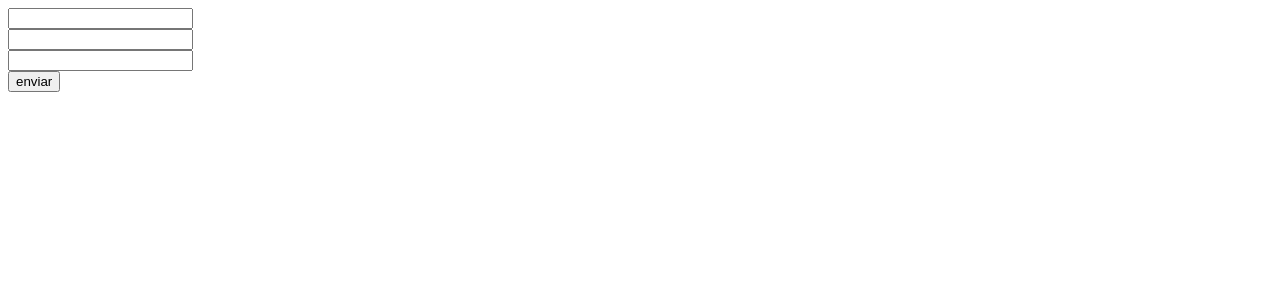
Repository: UAQJavaEveris/ProyectoFinalJuanCarlos
Page: http://localhost/WebCliente/
The author's editor kept a copy of each file at every save. The page is drawn from the files as they stood at one save, then again after the next save.
The browser window is 1280 px wide. The pictures show the whole page.
Some web libraries are served in a nearby version. The page is served by Tomcat 9. Other server files are loaded and not shown.

Above is the page before, as saved 2016-12-10 02:47:49.

### WebCliente/WebContent/index.jsp
<%@ page language="java" contentType="text/html; charset=ISO-8859-1"
    pageEncoding="ISO-8859-1"%>
<!DOCTYPE html PUBLIC "-//W3C//DTD HTML 4.01 Transitional//EN" "http://www.w3.org/TR/html4/loose.dtd">
<html>
<head>
<meta http-equiv="Content-Type" content="text/html; charset=ISO-8859-1">
<title>Insert title here</title>
</head>
<body>
<form action="Controller" method="Post">
<input type="txt" name="nombre"><br>
<input type="txt" name="apellidos"><br>
<input type="txt" name="logros"><br>
<input type="submit" value="enviar"></input>
</form><br>
<%
String nombre_variable = (String)session.getAttribute("exito");
%>
</body>
</html>

After the next save:
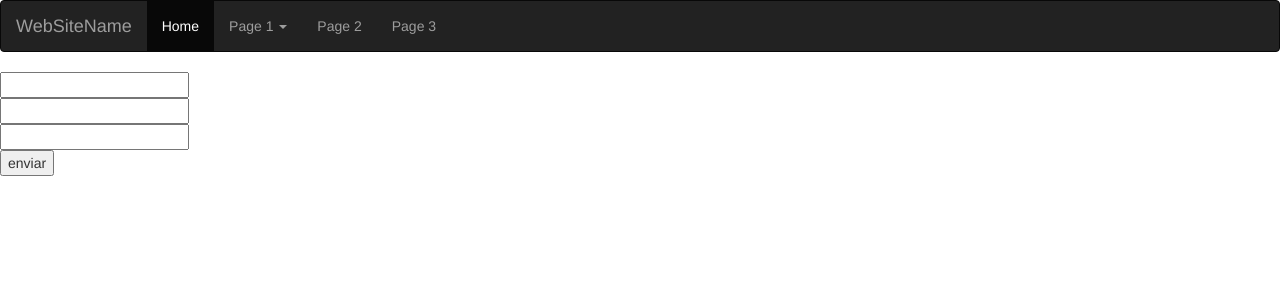
Saved 2 min 53 s later.
--- a/WebCliente/WebContent/index.jsp
+++ b/WebCliente/WebContent/index.jsp
@@ -4,9 +4,35 @@
 <html>
 <head>
 <meta http-equiv="Content-Type" content="text/html; charset=ISO-8859-1">
-<title>Insert title here</title>
+<title>Pagina Principal</title>
+<meta charset="utf-8">
+  <meta name="viewport" content="width=device-width, initial-scale=1">
+  <link rel="stylesheet" href="https://maxcdn.bootstrapcdn.com/bootstrap/3.3.7/css/bootstrap.min.css">
+  <script src="https://ajax.googleapis.com/ajax/libs/jquery/3.1.1/jquery.min.js"></script>
+  <script src="https://maxcdn.bootstrapcdn.com/bootstrap/3.3.7/js/bootstrap.min.js"></script>
 </head>
 <body>
+<nav class="navbar navbar-inverse">
+  <div class="container-fluid">
+    <div class="navbar-header">
+      <a class="navbar-brand" href="#">WebSiteName</a>
+    </div>
+    <ul class="nav navbar-nav">
+      <li class="active"><a href="#">Home</a></li>
+      <li class="dropdown">
+        <a class="dropdown-toggle" data-toggle="dropdown" href="#">Page 1
+        <span class="caret"></span></a>
+        <ul class="dropdown-menu">
+          <li><a href="#">Page 1-1</a></li>
+          <li><a href="#">Page 1-2</a></li>
+          <li><a href="#">Page 1-3</a></li>
+        </ul>
+      </li>
+      <li><a href="#">Page 2</a></li>
+      <li><a href="#">Page 3</a></li>
+    </ul>
+  </div>
+</nav>
 <form action="Controller" method="Post">
 <input type="txt" name="nombre"><br>
 <input type="txt" name="apellidos"><br>
